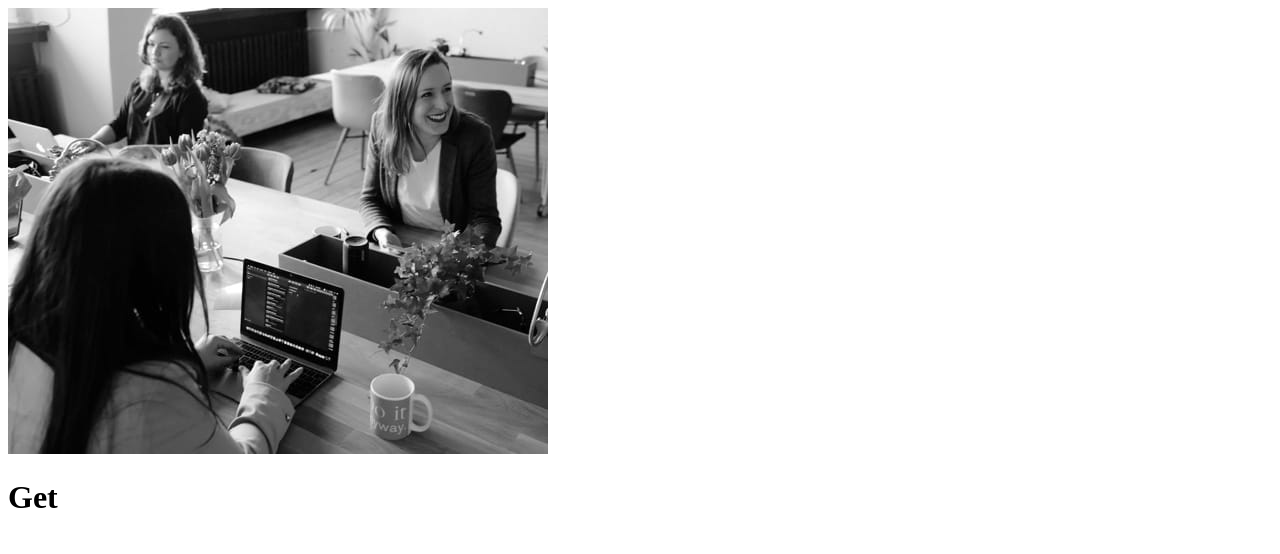
Repository: Pawan-pediredla/frontend-mentors
Page: stats-preview-card-component-main/markup/index.html
These files come from the project's save history. The page is drawn as it stood at one moment and after a run of saves; the edit follows.
The browser window is 1280 px wide. The pictures show the whole page.

Above is the page before, as saved 2024-06-25 12:19:42.

After the next 4 saves:
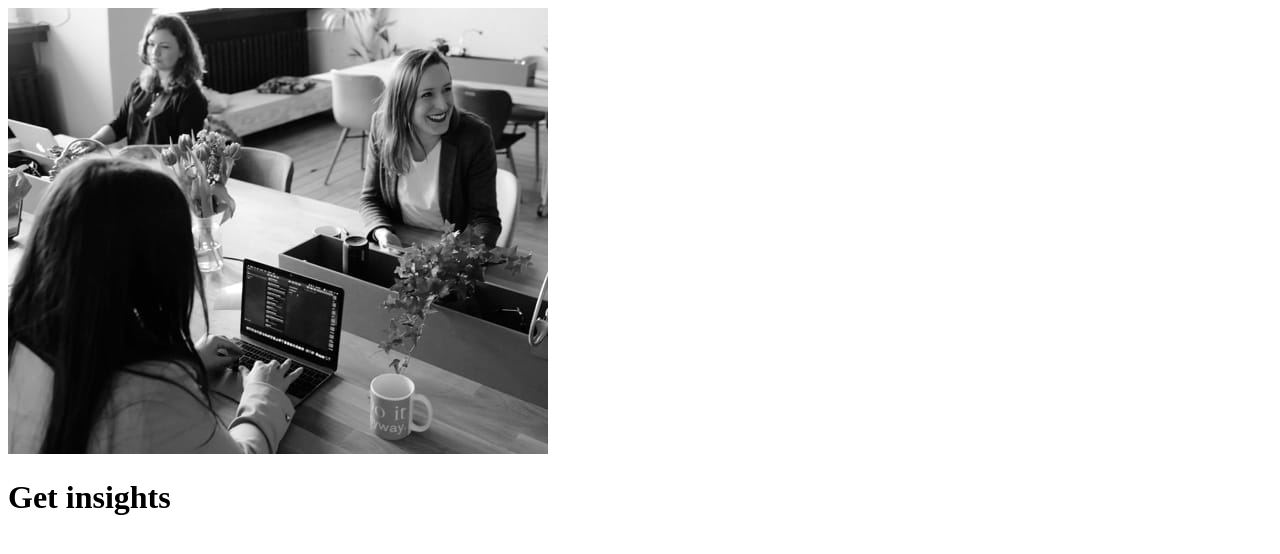
The 4 saves are shown as one change because they came seconds apart.
The last was saved 23 s later.
--- a/stats-preview-card-component-main/markup/index.html
+++ b/stats-preview-card-component-main/markup/index.html
@@ -27,7 +27,10 @@
         </div>
         <div class="info">
             <h1>
-                Get <span></span>
+                Get <span class="purple">
+                    insights
+                </span>
+
             </h1>
         </div>
     </div>
